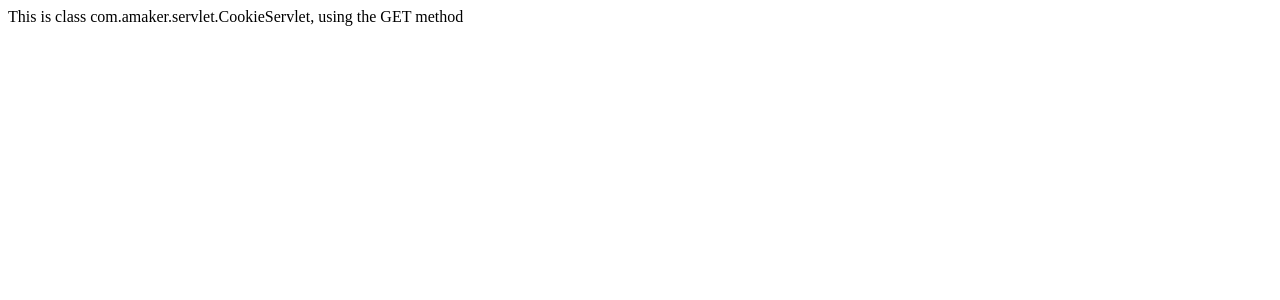
Repository: student084/java-ee-Web
Page: http://localhost/ServletResponseHeader/servlet/CookieServlet
These files come from the project's save history. The page is drawn as it stood at one moment and after the next save; the edit follows.
The browser window is 1280 px wide. The pictures show the whole page.
The page is served by Tomcat 9.

Above is the page before, as saved 2017-02-11 02:15:00.

After the next save:
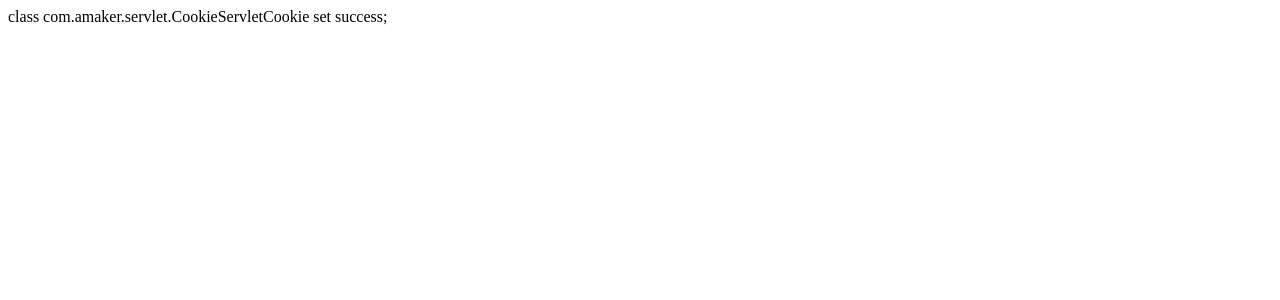
Saved 13 s later.
--- a/ServletResponseHeader/src/com/amaker/servlet/CookieServlet.java
+++ b/ServletResponseHeader/src/com/amaker/servlet/CookieServlet.java
@@ -49,9 +49,8 @@ public class CookieServlet extends HttpServlet {
 		out.println("<HTML>");
 		out.println("  <HEAD><TITLE>A Servlet</TITLE></HEAD>");
 		out.println("  <BODY>");
-		out.print("    This is ");
 		out.print(this.getClass());
-		out.println(", using the GET method");
+		out.println("Cookie set success;");
 		out.println("  </BODY>");
 		out.println("</HTML>");
 		out.flush();
